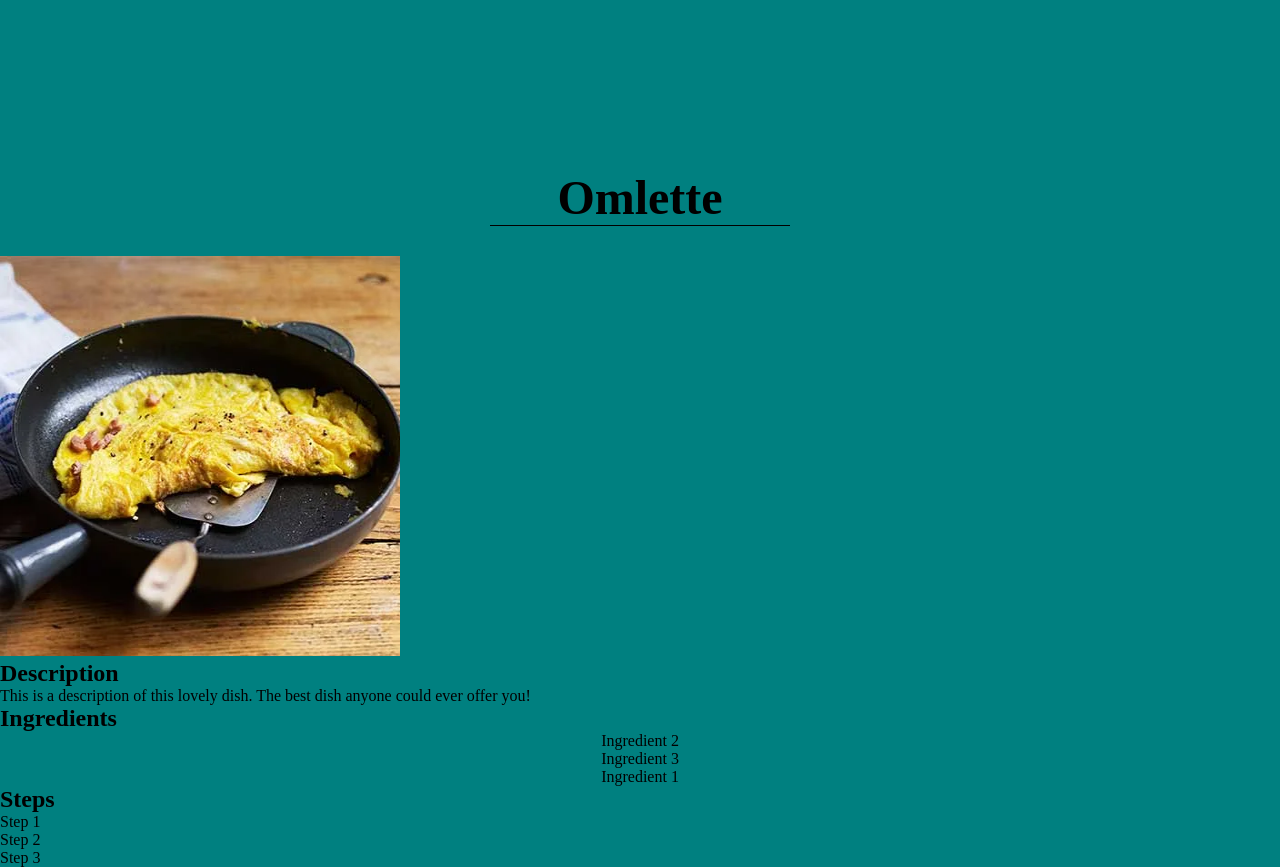
Repository: Pafestivo/odin-recipes
Page: recipes/omlette.html
The author's editor kept a copy of each file at every save. The page is drawn from the files as they stood at one save, then again after the next save.
The browser window is 1280 px wide. The pictures show the whole page.

Above is the page before, as saved 2022-09-24 12:48:08.

### recipes/omlette.html
<!DOCTYPE html>
<html lang="en">
<head>
    <meta charset="UTF-8">
    <meta name="viewport" content="width=device-width, initial-scale=1.0">
    <link rel="stylesheet" href="../css/recipe-styles.css">
    <title>Recipe-Omlette</title>
</head>
<body>
    <h1>Omlette</h1>
    <img
    src="../images/omlette.jpg"
    alt="An image of Omlette"
    />
    <h2>Description</h2>
    <p>This is a description of this lovely dish. The best dish anyone could ever offer you!</p>

    <h2>Ingredients</h2>
    <ul>
    <li>Ingredient 2</li>
    <li>Ingredient 3</li>
    <li>Ingredient 1</li>
    </ul>

    <h2>Steps</h2>
    <ol>
    <li>Step 1</li>
    <li>Step 2</li>
    <li>Step 3</li>
    </ol>
</body>
</html>

### css/recipe-styles.css
* {
  box-sizing: border-box;
  padding: 0;
  margin: 0;
}

body {
  font-family: serif;
  background-color: #008080;
  padding: 1;
}

.container {
  background-color: #209B87;
  display: flex;
  width: 70vw;
  height: 100vh;
  padding: 1px;
  margin: 0 auto;
}

.inner {
  background-color: #80CF7F;
  width: 45vw;
  height: 80vh;
  margin: auto;
}

h1 {
  text-align: center;
  font-size: 3rem;
  margin: 170px auto 30px auto;
  border-bottom: 1px solid black;
  width: 300px;
}

img {
  width: 400px;
  height: 400px;
}

ul {
  list-style: none;
  display: flex;
  align-items: center;
  justify-content: center;
  flex-direction: column;
}

a {
  display: flex;
  justify-content: center;
  align-items: center;
  margin: 30px 0;
  width: 350px;
  font-size: 1.5em;
  height: 45px;
  border-radius: 20px;
  text-decoration: none;
  color: inherit;
  background-color: #F9F871;
  transition: all 0.1s ease-in;
}

a:hover {
  transform: scale(1.1);
}

After the next save:
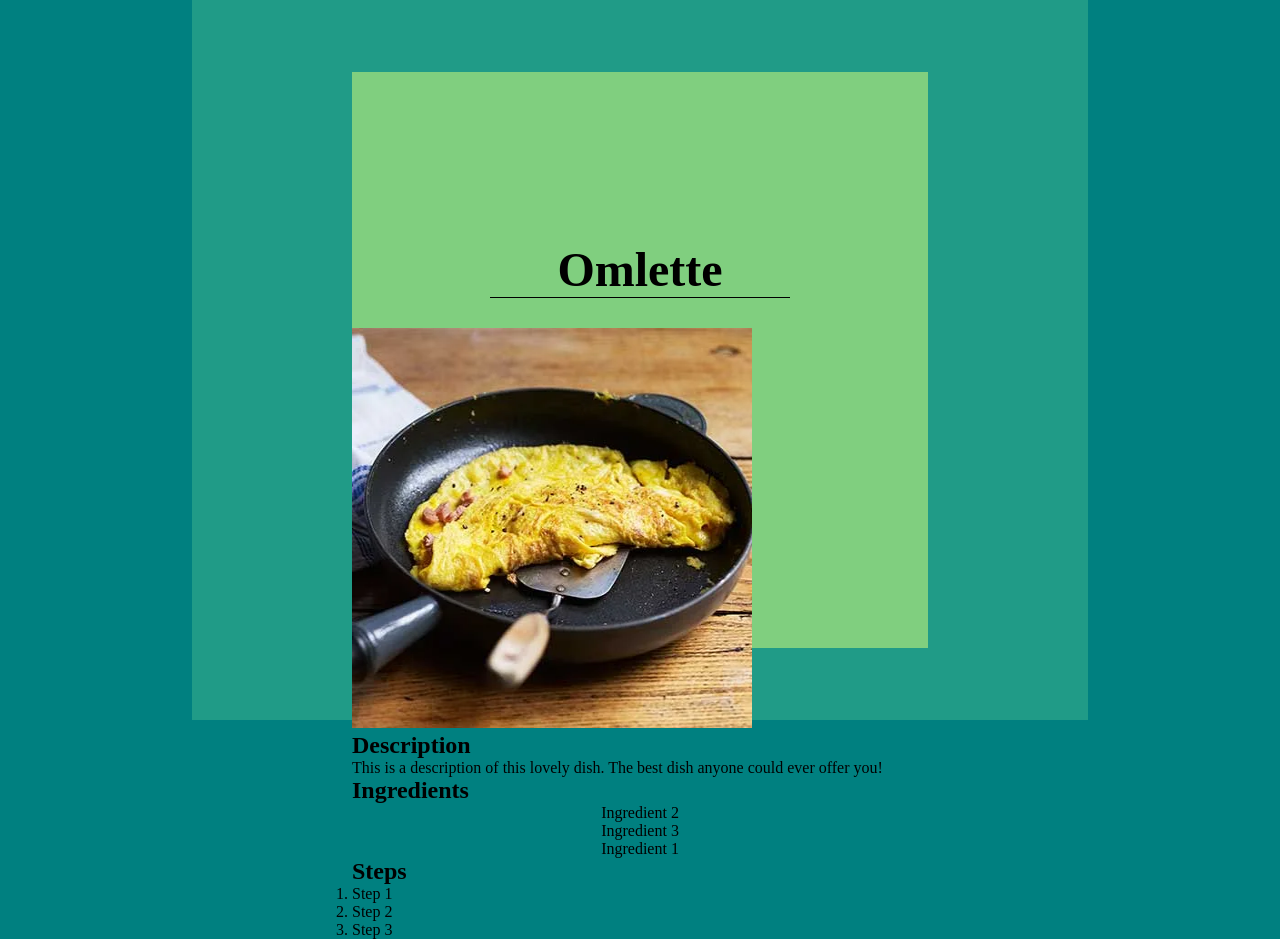
Saved 22 s later.
--- a/recipes/omlette.html
+++ b/recipes/omlette.html
@@ -7,26 +7,31 @@
     <title>Recipe-Omlette</title>
 </head>
 <body>
-    <h1>Omlette</h1>
-    <img
-    src="../images/omlette.jpg"
-    alt="An image of Omlette"
-    />
-    <h2>Description</h2>
-    <p>This is a description of this lovely dish. The best dish anyone could ever offer you!</p>
+    <div class="container">
+        <div class="inner">
+            <h1>Omlette</h1>
+            <img
+            src="../images/omlette.jpg"
+            alt="An image of Omlette"
+            />
+            <h2>Description</h2>
+            <p>This is a description of this lovely dish. The best dish anyone could ever offer you!</p>
 
-    <h2>Ingredients</h2>
-    <ul>
-    <li>Ingredient 2</li>
-    <li>Ingredient 3</li>
-    <li>Ingredient 1</li>
-    </ul>
+            <h2>Ingredients</h2>
+            <ul>
+            <li>Ingredient 2</li>
+            <li>Ingredient 3</li>
+            <li>Ingredient 1</li>
+            </ul>
 
-    <h2>Steps</h2>
-    <ol>
-    <li>Step 1</li>
-    <li>Step 2</li>
-    <li>Step 3</li>
-    </ol>
+            <h2>Steps</h2>
+            <ol>
+            <li>Step 1</li>
+            <li>Step 2</li>
+            <li>Step 3</li>
+            </ol>
+        </div> <!-- /inner -->
+    </div> <!-- /container -->
+
 </body>
 </html>
